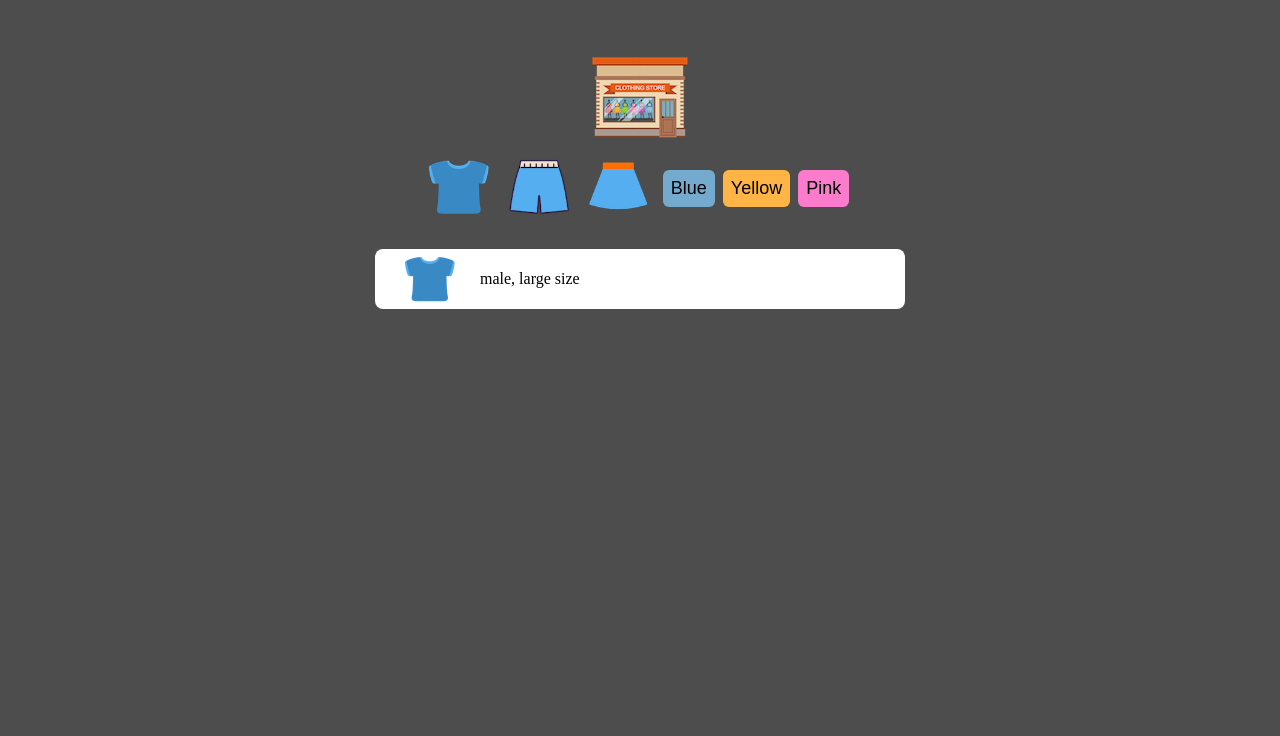
Repository: keehoonjung/Shoppingmall-Game
Page: index.html
The author's editor kept a copy of each file at every save. The page is drawn from the files as they stood at one save, then again after the next save.
The browser window is 1280 px wide. The pictures show the whole page.

Above is the page before, as saved 2021-08-12 19:37:51.
Console error: TypeError: Cannot read properties of null (reading 'addEventListener')

### index.html
<!DOCTYPE html>
<html lang="en">
<head>
    <meta charset="UTF-8">
    <meta http-equiv="X-UA-Compatible" content="IE=edge">
    <meta name="viewport" content="width=device-width, initial-scale=1.0">
    <title>Shoppingamll Game</title>
    <link rel="stylesheet" href="style.css">
    <script src="main.js" defer></script>
</head>
<body>
    <header class="header">
        <img src="./imgs/logo.png" alt="header" class="header__logo">
    </header>
    <section class="buttons">
        <button class="button type">
            <img src="./imgs/blue_t.png" alt="shirt" class="button__img">
        </button>
        <button class="button type">
            <img src="./imgs/blue_p.png" alt="pants" class="button__img">
        </button>
        <button class="button type">
            <img src="./imgs/blue_s.png" alt="" class="button__img">
        </button>
        <button class="button color blue">
            Blue
        </button>
        <button class="button color yellow">
            Yellow
        </button>
        <button class="button color pink">
            Pink
        </button>
    </section>
    <ul class="items">
        <li class="item" data-type="shirt" data-color="blue">
            <img src="./imgs/blue_t.png" alt="blueshirt" class="item__thumbnail">
            <span class="item__description">male, large size</span>
        </li>
    </ul>
</body>
</html>

### style.css
:root {
  /* color */
  --color-white: #ffffff;
  --color-dark-grey: #4d4d4d;
  --color-blue: #73aace;
  --color-orange: #feb546;
  --color-pink: #fd7bcc;

  /* size */
  --button-img-size: 60px;

  /* fontsize */
  --font-size: 18px;

  /* animatione */
  --animation-duration: 300ms;

  /* basic space */
  --basic-space: 8px;

  /* border */
  --border-size: 6px;
}

body {
  background-color: var(--color-dark-grey);
  display: flex;
  flex-direction: column;
  justify-content: center;
  text-align: center;
  height: 100vh;
}

.header__logo {
  cursor: pointer;
  transition: transform var(--animation-duration) ease-in;
}

.buttons {
  display: flex;
  align-items: center;
  justify-content: center;
}

.button {
  outline: none;
  border: none;
  background-color: transparent;
  margin-right: var(--basic-space);
  border-radius: var(--border-size);
  cursor: pointer;
  transition: transform var(--animation-duration) ease-in;
}

.header__logo:hover,
.button:hover {
  transform: scale(1.1);
}

.button__img {
  width: var(--button-img-size);
}

.color {
  font-size: var(--font-size);
  padding: var(--basic-space);
}

.blue {
  background-color: var(--color-blue);
}

.yellow {
  background-color: var(--color-orange);
}

.pink {
  background-color: var(--color-pink);
}

.items {
  padding: 0;
  overflow-y: auto;
  height: 60%;
}

.item {
  background-color: white;
  margin-bottom: 12px;
  width: 500px;
  height: 60px;
  margin: 12px auto;
  border-radius: 8px;
  display: flex;
  align-items: center;
  padding-left: 30px;
}

.item.visible {
  display: flex;
}

.item img {
  height: 50px;
}

.item span {
  margin-left: 25px;
}

### main.js
"use strict";

const navi = document.querySelector(".filter");
const itemList = document.querySelector(".items");
const allItem = Array.from(document.querySelectorAll(".item"));
const headerLogo = document.querySelector(".header__logo");

headerLogo.addEventListener("click", () => {
  createAll();
});

navi.addEventListener("click", (evnet) => {
  const tag = event.target.tagName;
  const targetName = event.target.classList.value;
  if (tag == "IMG") {
    const items = allItem.filter((item) => item.dataset.type == targetName);
    deleteAll();
    items.forEach((item) => {
      item.classList.add("visible");
    });
  } else if (tag == "BUTTON") {
    const items = allItem.filter((item) => item.dataset.color == targetName);
    deleteAll();
    items.forEach((item) => {
      item.classList.add("visible");
    });
  }
});

function deleteAll() {
  allItem.forEach((item) => {
    item.classList.remove("visible");
  });
}

function createAll() {
  allItem.forEach((item) => {
    item.classList.add("visible");
  });
}

After the next save:
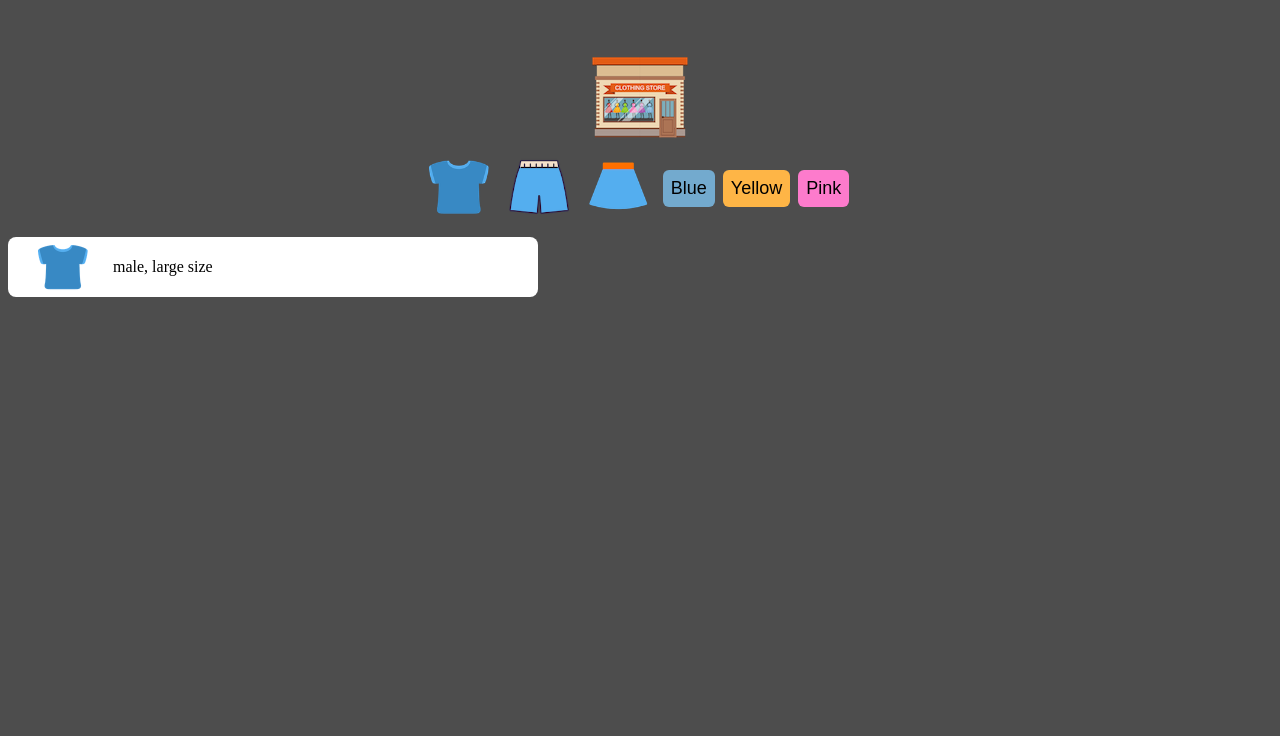
Saved 37 s later.
--- a/style.css
+++ b/style.css
@@ -89,7 +89,6 @@ body {
   margin-bottom: 12px;
   width: 500px;
   height: 60px;
-  margin: 12px auto;
   border-radius: 8px;
   display: flex;
   align-items: center;

After the save that followed:
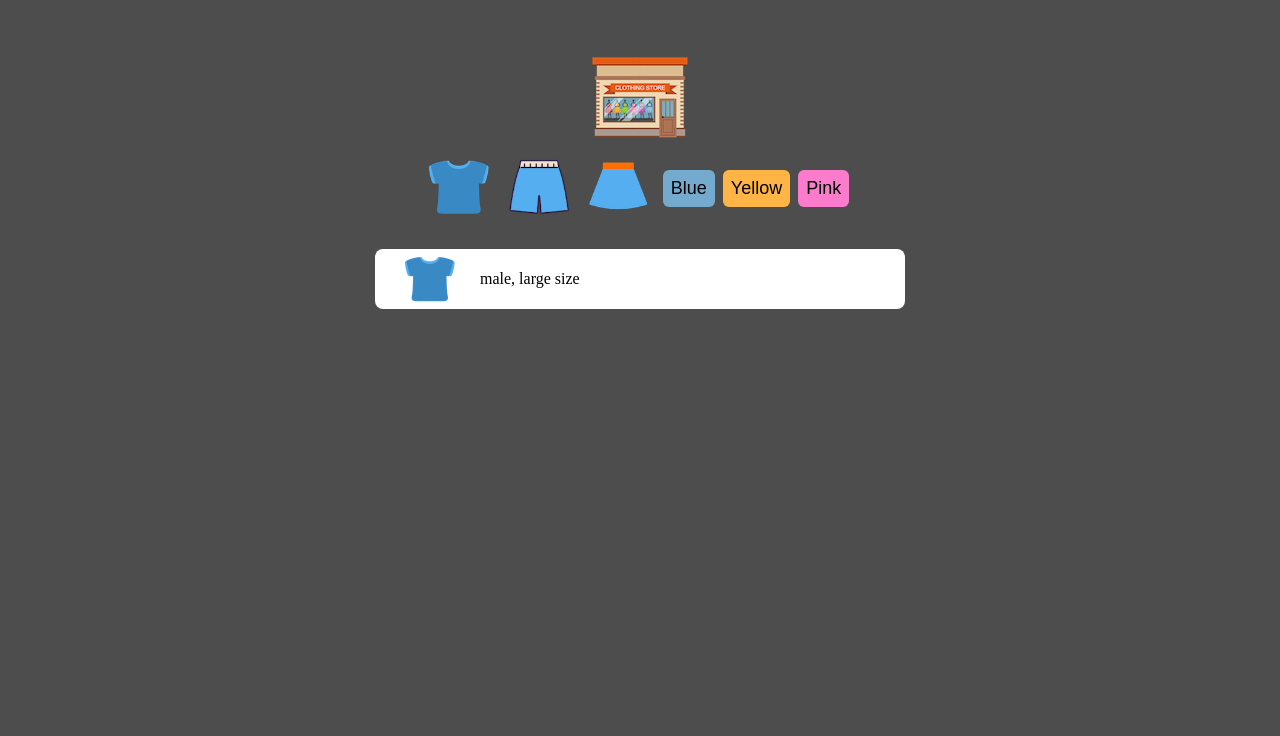
Saved 4 s later.
--- a/style.css
+++ b/style.css
@@ -89,6 +89,7 @@ body {
   margin-bottom: 12px;
   width: 500px;
   height: 60px;
+  margin: 12px auto;
   border-radius: 8px;
   display: flex;
   align-items: center;
